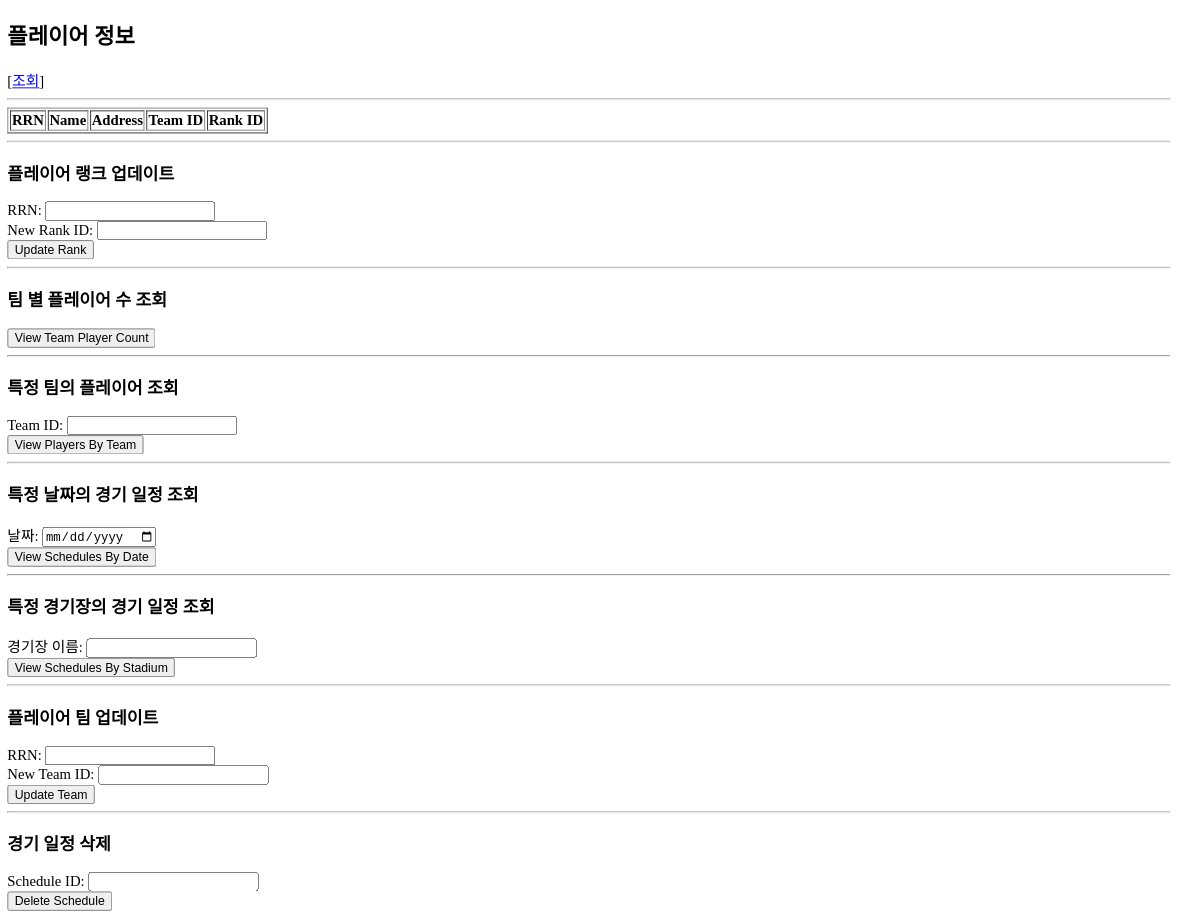
Repository: HappiKing/KNU_Database_ORACLE
Page: http://localhost/gg/playerControl?action=list
An editor plug-in stored every save of this project. The page is shown before and after the next save, followed by the edit.
The browser window is 1280 px wide. The pictures show the whole page, at 92% of full size.
The page is served by Tomcat 9. Other server files are loaded and not shown. Queries for data that is not in the repository find no rows.

Above is the page before, as saved 2024-06-17 17:25:45.

### DB_futsal/test/gg/src/main/webapp/futsal/playerInfo.jsp
<%@ page language="java" contentType="text/html; charset=UTF-8"
    pageEncoding="UTF-8"%>
<%@ taglib uri="http://java.sun.com/jsp/jstl/core" prefix="c" %>

<!DOCTYPE html>
<html>
<head>
<meta charset="UTF-8">
<title>플레이어 정보</title>
</head>
<body>
  <h2>플레이어 정보</h2>[<a href="/gg/playerControl?action=list">조회</a>]
  <hr>
  <table border="1">
    <tr>
      <th>RRN</th>
      <th>Name</th>
      <th>Address</th>
      <th>Team ID</th>
      <th>Rank ID</th>
    </tr>
    <c:forEach items="${players}" var="p">
      <tr>
        <td>${p.RRN}</td>
        <td>${p.NAME}</td>
        <td>${p.ADDRESS}</td>
        <td>${p.TEAM_ID}</td>
        <td>${p.RANK_ID}</td>
      </tr>
    </c:forEach>
  </table>
  <hr>

  <h3>플레이어 랭크 업데이트</h3>
  <form action="/gg/playerControl" method="post">
    <input type="hidden" name="action" value="updateRank">
    RRN: <input type="text" name="rrn"><br>
    New Rank ID: <input type="text" name="newRankId"><br>
    <input type="submit" value="Update Rank">
  </form>
  <hr>

  <h3>팀 별 플레이어 수 조회</h3>
  <form action="/gg/playerControl" method="post">
    <input type="hidden" name="action" value="teamPlayerCount">
    <input type="submit" value="View Team Player Count">
  </form>
  <hr>

 <h3>특정 팀의 플레이어 조회</h3>
  <form action="/gg/playerControl" method="post">
    <input type="hidden" name="action" value="playersByTeam">
    Team ID: <input type="text" name="teamId"><br>
    <input type="submit" value="View Players By Team">
  </form>
  <hr>

  <h3>특정 날짜의 경기 일정 조회</h3>
  <form action="/gg/playerControl" method="get">
    <input type="hidden" name="action" value="scheduleInfo">
    날짜: <input type="date" name="date"><br>
    <input type="submit" value="View Schedules By Date">
  </form>
  <hr>

  <h3>특정 경기장의 경기 일정 조회</h3>
  <form action="/gg/playerControl" method="get">
    <input type="hidden" name="action" value="schedulesByStadium">
    경기장 이름: <input type="text" name="stadiumName"><br>
    <input type="submit" value="View Schedules By Stadium">
  </form>
  <hr>

  <h3>플레이어 팀 업데이트</h3>
  <form action="/gg/playerControl" method="post">
    <input type="hidden" name="action" value="updateTeam">
    RRN: <input type="text" name="rrn" required><br>
    New Team ID: <input type="text" name="newTeamId" required><br>
    <input type="submit" value="Update Team">
  </form>
  <hr>

  <h3>경기 일정 삭제</h3>
  <form action="/gg/playerControl" method="post">
    <input type="hidden" name="action" value="deleteSchedule">
    Schedule ID: <input type="text" name="scheduleId" required><br>
    <input type="submit" value="Delete Schedule">
  </form>


</body>
</html>

### DB_futsal/test/gg/src/main/java/sco/PlayerControl.java
package sco;

import java.io.IOException;
import java.sql.Date;

import javax.servlet.ServletConfig;
import javax.servlet.ServletException;
import javax.servlet.annotation.WebServlet;
import javax.servlet.http.HttpServlet;
import javax.servlet.http.HttpServletRequest;
import javax.servlet.http.HttpServletResponse;

@WebServlet("/playerControl")
public class PlayerControl extends HttpServlet {
    private static final long serialVersionUID = 1L;

    PlayerDAO dao;

    public void init(ServletConfig config) throws ServletException {
        super.init(config);
        dao = new PlayerDAO();
    }

    protected void service(HttpServletRequest request, HttpServletResponse response) throws ServletException, IOException {
        request.setCharacterEncoding("utf-8");
        String action = request.getParameter("action");
        String view = "";

        if(action == null) {
            getServletContext().getRequestDispatcher("/playerControl?action=list").forward(request, response);
        } else {
            switch(action) {
            case "list": view = list(request, response); break;
            case "updateRank": view = updateRank(request, response); break;
            case "teamPlayerCount": view = teamPlayerCount(request, response); break;
            case "playersByTeam": view = playersByTeam(request, response); break;
            case "schedulesByDate": view = schedulesByDate(request, response); break;
            case "schedulesByStadium": view = schedulesByStadium(request, response); break;
            case "updateTeam": view = updateTeam(request, response); break;
            case "deleteSchedule": view = deleteSchedule(request, response); break;
            case "deletePlayer": view = deletePlayer(request, response); break;
            case "listSchedules": view = listSchedules(request, response); break; // 전체 경기 일정 조회 추가

            // 추가적인 비즈니스 로직 메소드 호출 추가
            }
            getServletContext().getRequestDispatcher("/futsal/" + view).forward(request, response);
        }
    }

    private String list(HttpServletRequest request, HttpServletResponse response) {
        request.setAttribute("players", dao.getAll());
        return "playerInfo.jsp";
    }

    private String updateRank(HttpServletRequest request, HttpServletResponse response) {
        String rrn = request.getParameter("rrn");
        String newRankId = request.getParameter("newRankId");
        dao.updateRank(rrn, newRankId);
        return "playerInfo.jsp";
    }

    private String teamPlayerCount(HttpServletRequest request, HttpServletResponse response) {
        request.setAttribute("teamPlayerCounts", dao.getTeamPlayerCount());
        return "teamPlayerCount.jsp";
    }

    private String playersByTeam(HttpServletRequest request, HttpServletResponse response) {
        String teamId = request.getParameter("teamId");
        request.setAttribute("players", dao.getPlayersByTeam(teamId));
        return "playerInfo.jsp";
    }

    private String schedulesByDate(HttpServletRequest request, HttpServletResponse response) {
        Date date = Date.valueOf(request.getParameter("date"));
        request.setAttribute("schedules", dao.getSchedulesByDate(date));
        return "scheduleInfo.jsp";
    }

    private String schedulesByStadium(HttpServletRequest request, HttpServletResponse response) {
        String stadiumName = request.getParameter("stadiumName");
        request.setAttribute("schedules", dao.getSchedulesByStadium(stadiumName));
        return "scheduleInfo.jsp";
    }

    private String updateTeam(HttpServletRequest request, HttpServletResponse response) {
        String rrn = request.getParameter("rrn");
        String newTeamId = request.getParameter("newTeamId");
        dao.updateTeam(rrn, newTeamId);
        return list(request, response);
    }

    private String deleteSchedule(HttpServletRequest request, HttpServletResponse response) {
        String scheduleId = request.getParameter("scheduleId");
        dao.deleteSchedule(scheduleId);
        return list(request, response);
    }

    private String deletePlayer(HttpServletRequest request, HttpServletResponse response) {
        String rrn = request.getParameter("rrn");
        dao.deletePlayer(rrn);
        return list(request, response);
    }

    private String listSchedules(HttpServletRequest request, HttpServletResponse response) {
        request.setAttribute("schedules", dao.getAllSchedules());
        return "schedulesList.jsp";
    }
}

After the next save:
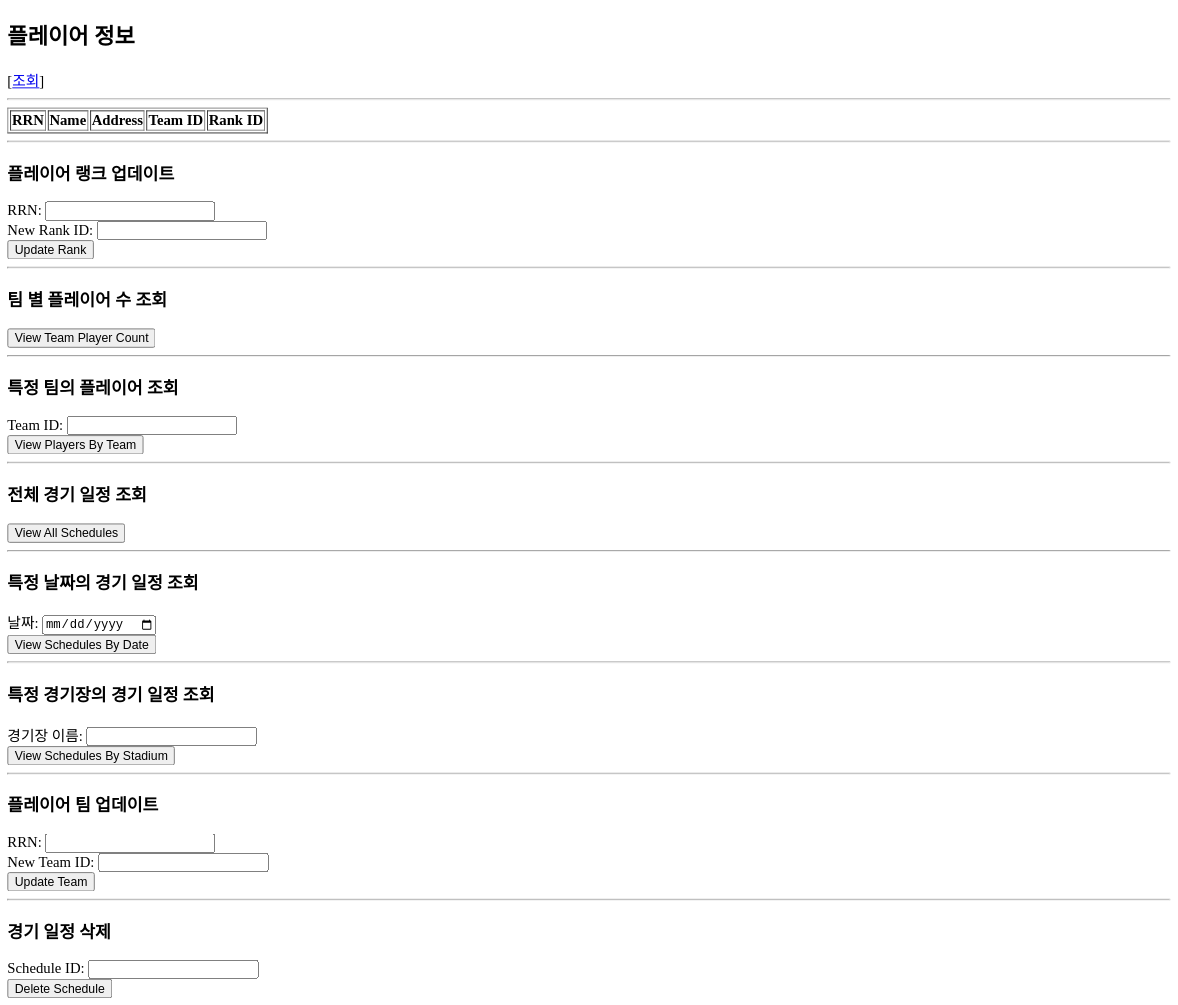
Saved 26 s later.
--- a/DB_futsal/test/gg/src/main/webapp/futsal/playerInfo.jsp
+++ b/DB_futsal/test/gg/src/main/webapp/futsal/playerInfo.jsp
@@ -55,6 +55,13 @@
   </form>
   <hr>
 
+  <h3>전체 경기 일정 조회</h3>
+  <form action="/gg/playerControl" method="get">
+    <input type="hidden" name="action" value="listSchedules">
+    <input type="submit" value="View All Schedules">
+  </form>
+  <hr>
+
   <h3>특정 날짜의 경기 일정 조회</h3>
   <form action="/gg/playerControl" method="get">
     <input type="hidden" name="action" value="scheduleInfo">
